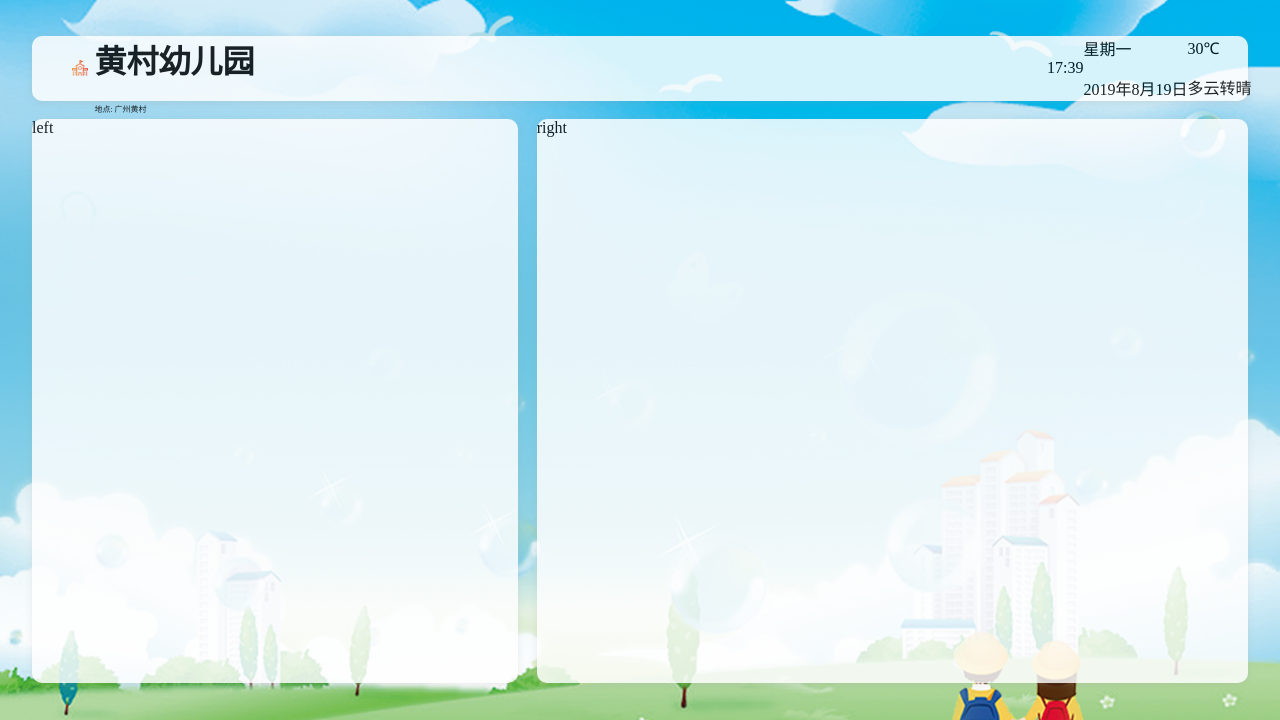
Repository: huangdesheng/classBrand
Page: / (app in classBrand/)
An editor plug-in stored every save of this project. The page is shown before and after the next save, followed by the edit.
The browser window is 1280 px wide. The pictures show the whole page.
The project was rebuilt for these pictures with package versions that can differ from the ones it lists, and the page was loaded fresh each time.

Above is the page before, as saved 2019-08-23 10:17:00.

### classBrand/index.html
<!DOCTYPE html>
<html>

<head>
  <meta charset="utf-8">
  <meta name="viewport" content="width=device-width,initial-scale=1.0">
  <meta name="viewport"
    content="width=device-width, user-scalable=no, initial-scale=1.0, maximum-scale=1.0, minimum-scale=1.0">
  <meta name="x5-orientation" content="portrait">
  <!-- QQ应用模式 -->
  <meta name="x5-page-mode" content="app">
  <!-- windows phone 点击无高光 -->
  <meta name="msapplication-tap-highlight" content="no">
  <meta content=yes name=apple-mobile-web-app-capable>
  <meta content=yes name=apple-touch-fullscreen>
  <!-- 禁止将页面中的数字识别为电话号码 -->
  <meta name="format-detection" content="telephone=no,email=no">
  <title>classbrand</title>
</head>

<body>
  <div id="app"></div>
  <!-- built files will be auto injected -->
</body>

</html>

### classBrand/src/main.js
// The Vue build version to load with the `import` command
// (runtime-only or standalone) has been set in webpack.base.conf with an alias.
import Vue from 'vue'
import App from './App'
import router from './router'
import 'lib-flexible'

Vue.config.productionTip = false

/* eslint-disable no-new */
new Vue({
  el: '#app',
  router,
  components: {
    App
  },
  template: '<App/>'
})

### classBrand/src/App.vue
<template>
  <div id="app">
    <router-view />
  </div>
</template>

<script>
export default {
  name: "App"
};
</script>

<style lang="less">
.bt {
  width: 100vw;
  height: 100vh;
  background: url(./assets/bg/bg.png);
  background-size: 100% 100%;
  background-repeat: no-repeat;
  background-position: center;
  position: fixed;
  left: 0;
  top: 0;
  display: flex;
  justify-content: center;
  align-items: center;
}
#app {
  .bt;
}
</style>

### classBrand/src/router/index.js
import Vue from 'vue'
import Router from 'vue-router'
import index from '@/views/index'

Vue.use(Router)

export default new Router({
  routes: [{
    path: '/',
    name: 'index',
    component: index
  }]
})

### classBrand/src/views/index/index.vue
<template>
  <div id="index">
    <header>
      <ul>
        <li>
          <span></span>
          <div>
            <h1>黄村幼儿园</h1>
            <p>地点: 广州黄村</p>
          </div>
        </li>
        <li>
          <div>17:39</div>
          <div>
            <p>星期一</p>
            <p>2019年8月19日</p>
          </div>
          <div>
            <p>30℃</p>
            <p>多云转晴</p>
          </div>
        </li>
      </ul>
    </header>
    <section>
      <aside>left</aside>
      <aside>right</aside>
    </section>
  </div>
</template>

<script>
export default {};
</script>

<style lang="less" scoped>
.bt {
  background: rgba(255, 255, 255, 1);
  box-shadow: 0px 2px 7px 0px rgba(161, 157, 157, 0.23);
  opacity: 0.84;
  border-radius: 10px;
}
.img {
  width: 1rem;
  height: 1rem;
  background-size: 100% 100%;
  background-position: center center;
  background-repeat: no-repeat;
}
.flex {
  display: flex;
  justify-content: space-between;
  align-items: center;
}
#index {
  width: 95%;
  height: 90%;
  header {
    .bt;
    height: 10%;
    width: 100%;
    > ul {
      list-style: none;
      width: 97%;
      height: 100%;
      margin: 0 auto;
      display: flex;
      justify-content: space-between;
      align-items: center;
      li {
        .flex;
        &:nth-of-type(1) {
          > span {
            background: url(../../assets/icon/index.png);
            .img;
            margin-right: 0.4rem;
          }
          > div {
            p {
              font-size: 0.5rem;
            }
          }
        }
      }
    }
  }
  section {
    .flex;
    width: 100%;
    margin-top: 1.5%;
    height: 87%;
    aside {
      .bt;
      height: 100%;
      &:nth-of-type(1) {
        width: 40%;
        margin-right: 1.5%;
      }
      &:nth-of-type(2) {
        flex: 1;
      }
    }
  }
}
</style>

After the next save:
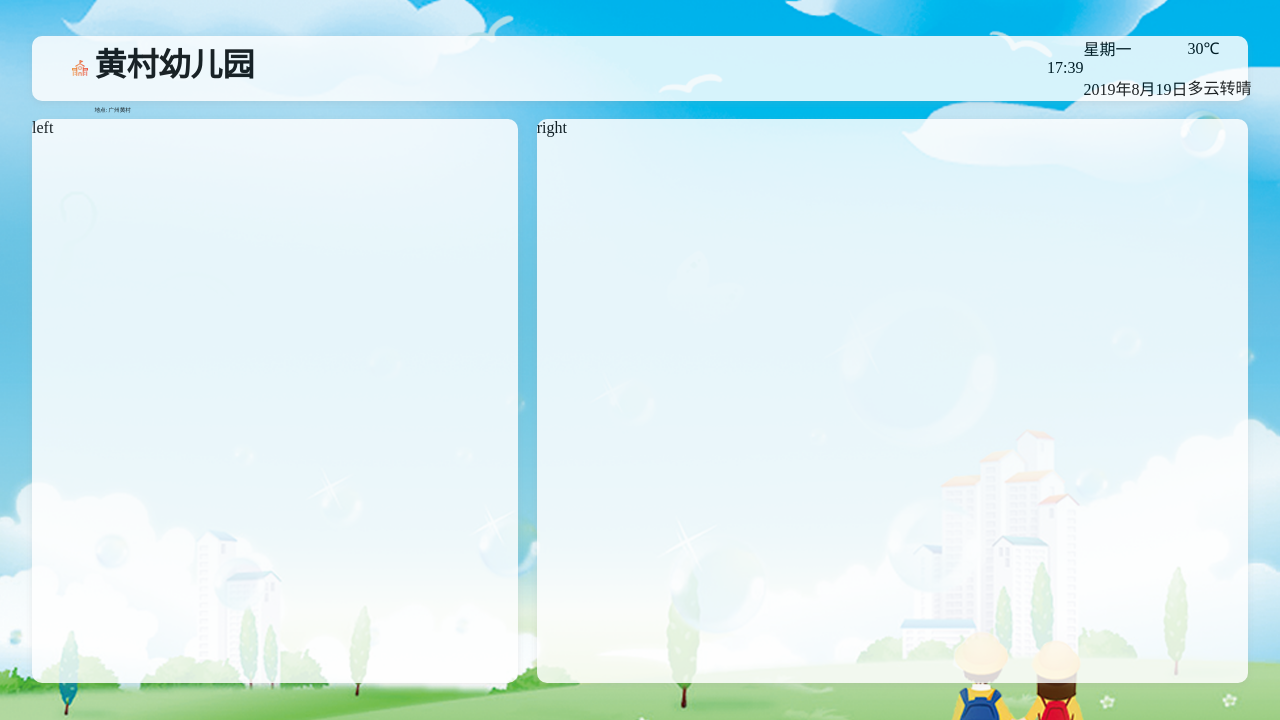
Saved 9 s later.
--- a/classBrand/src/views/index/index.vue
+++ b/classBrand/src/views/index/index.vue
@@ -77,7 +77,7 @@ export default {};
           }
           > div {
             p {
-              font-size: 0.5rem;
+              font-size: 0.35rem;
             }
           }
         }
